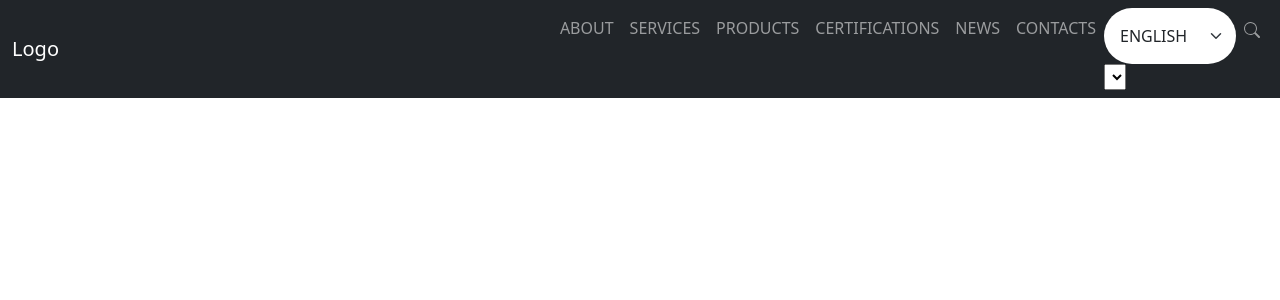
Repository: nourHellani/Buckler
Page: index.html
These files come from the project's save history. The page is drawn as it stood at one moment and after the next save; the edit follows.
The browser window is 1280 px wide. The pictures show the whole page.

Above is the page before, as saved 2023-02-13 11:32:08.

### index.html
<!DOCTYPE html>
<html lang="en">
<head>
    <meta charset="UTF-8">
    <meta http-equiv="X-UA-Compatible" content="IE=edge">
    <meta name="viewport" content="width=device-width, initial-scale=1.0">
    <link href="https://cdn.jsdelivr.net/npm/bootstrap@5.2.3/dist/css/bootstrap.min.css" rel="stylesheet">
    <script src="https://cdn.jsdelivr.net/npm/bootstrap@5.2.3/dist/js/bootstrap.bundle.min.js"></script>

    <title>Buckler</title>
</head>
<body>

    <nav class="navbar navbar-expand-sm navbar-dark bg-dark">
        <div class="container-fluid">
          <a class="navbar-brand" href="javascript:void(0)">Logo</a>
          <button class="navbar-toggler" type="button" data-bs-toggle="collapse" data-bs-target="#mynavbar">
            <span class="navbar-toggler-icon"></span>
          </button>

            <form class="d-flex">
                <div class="collapse navbar-collapse" id="mynavbar">
                    <ul class="navbar-nav me-auto">
                      <li class="nav-item">
                        <a class="nav-link" href="javascript:void(0)">ABOUT</a>
                      </li>
                      <li class="nav-item">
                        <a class="nav-link" href="javascript:void(0)">SERVICES</a>
                      </li>
                      <li class="nav-item">
                        <a class="nav-link" href="javascript:void(0)">PRODUCTS</a>
                      </li>
                      <li class="nav-item">
                        <a class="nav-link" href="javascript:void(0)">CERTIFICATIONS</a>
                      </li>
                      <li class="nav-item">
                        <a class="nav-link" href="javascript:void(0)">NEWS</a>
                      </li>
                      <li class="nav-item">
                        <a class="nav-link" href="javascript:void(0)">CONTACTS</a>
                      </li>
                      <li class="nav-item ">
                        <select class="form-select rounded-pill border-0  w-100 p-3 pe-5" aria-label="Default select example">
                            <option selected>ENGLISH</option>
                            <option value="1">ARABIC</option>
                            </select>
                        <select >

                          </select>
                      </li>
                      <li class="nav-item">
                        <a class="nav-link" href="javascript:void(0)"><svg xmlns="http://www.w3.org/2000/svg" width="16" height="16" fill="currentColor" class="bi bi-search" viewBox="0 0 16 16">
                            <path d="M11.742 10.344a6.5 6.5 0 1 0-1.397 1.398h-.001c.03.04.062.078.098.115l3.85 3.85a1 1 0 0 0 1.415-1.414l-3.85-3.85a1.007 1.007 0 0 0-.115-.1zM12 6.5a5.5 5.5 0 1 1-11 0 5.5 5.5 0 0 1 11 0z"/>
                          </svg></a>
                      </li>

                    </ul>
            </form>
          </div>
        </div>
      </nav>

</body>
</html>

After the next save:
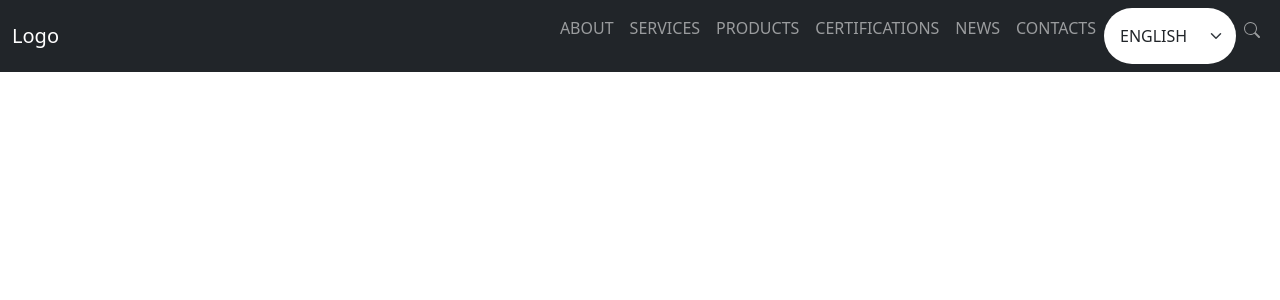
Saved 9 s later.
--- a/index.html
+++ b/index.html
@@ -44,9 +44,7 @@
                             <option selected>ENGLISH</option>
                             <option value="1">ARABIC</option>
                             </select>
-                        <select >
 
-                          </select>
                       </li>
                       <li class="nav-item">
                         <a class="nav-link" href="javascript:void(0)"><svg xmlns="http://www.w3.org/2000/svg" width="16" height="16" fill="currentColor" class="bi bi-search" viewBox="0 0 16 16">
